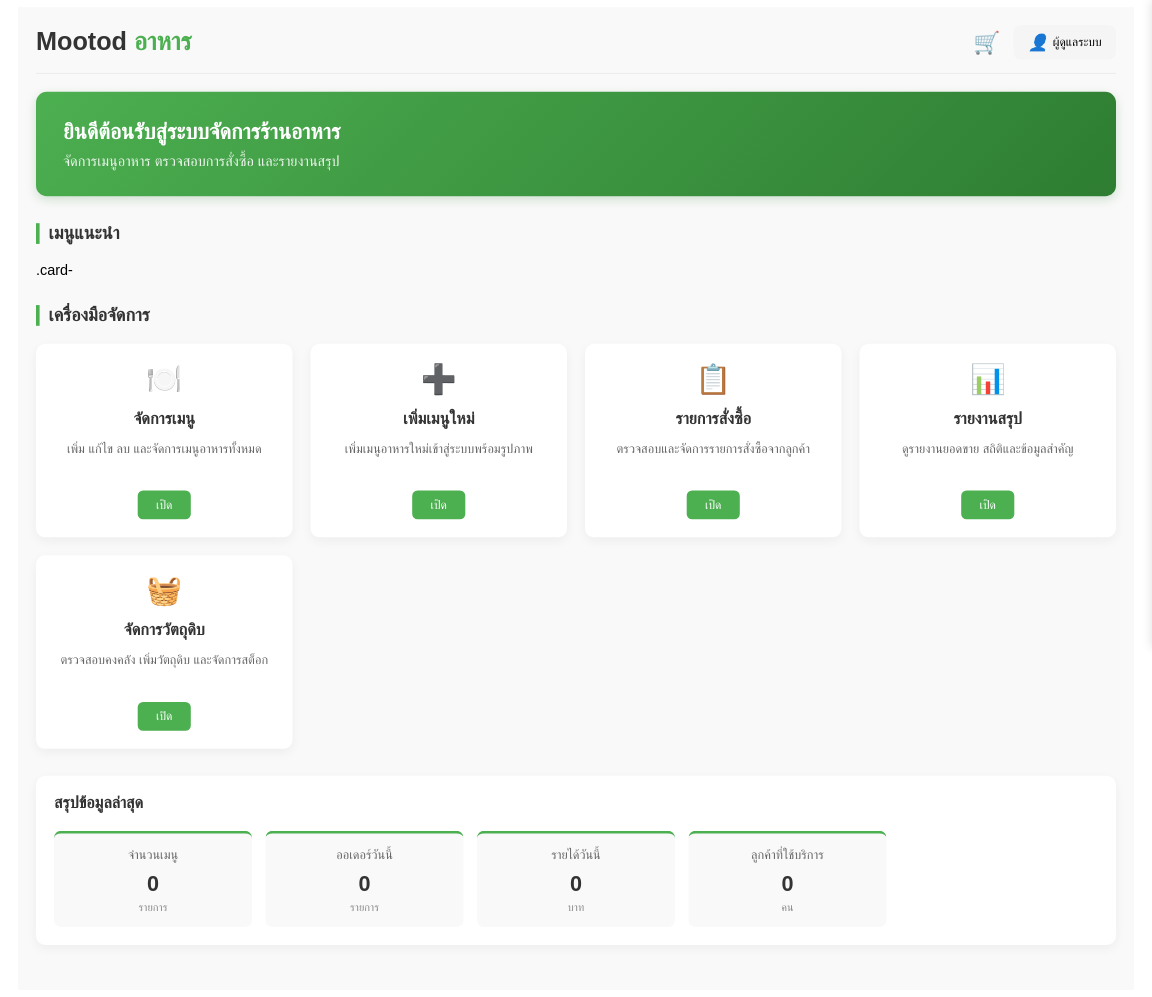
Repository: KwaunchaiJankaikot/mootod
Page: / (app in frontend/)
These files come from the project's save history. The page is drawn as it stood at one moment and after a run of saves; the edit follows.
The browser window is 1280 px wide. The pictures show the whole page, at 90% of full size.
The page's requests for data from a server got no answer. The project was rebuilt for these pictures with package versions that can differ from the ones it lists, and the page was loaded fresh each time. No one was signed in, and anything a server would have sent is missing. Also part of the build but not shown: frontend/vue.config.js, frontend/src/components/CheckoutPage.vue, frontend/src/components/AddMenu.vue, frontend/src/components/MenuList.vue, frontend/src/components/EditMenu.vue, frontend/src/components/InventoryPage.vue.

Above is the page before, as saved 2025-04-23 01:04:21.

### frontend/public/index.html
<!DOCTYPE html>
<html lang="">
  <head>
    <meta charset="utf-8">
    <meta http-equiv="X-UA-Compatible" content="IE=edge">
    <meta name="viewport" content="width=device-width,initial-scale=1.0">
    <link rel="icon" href="<%= BASE_URL %>favicon.ico">
    <title><%= htmlWebpackPlugin.options.title %></title>
    <link href="https://fonts.googleapis.com/icon?family=Material+Icons" rel="stylesheet">
    <link rel="stylesheet" href="https://fonts.googleapis.com/css2?family=Material+Symbols+Outlined:opsz,wght,FILL,GRAD@24,400,0,0" />
  </head>
  <body>
    <noscript>
      <strong>We're sorry but <%= htmlWebpackPlugin.options.title %> doesn't work properly without JavaScript enabled. Please enable it to continue.</strong>
    </noscript>
    <div id="app"></div>
    <!-- built files will be auto injected -->
  </body>
</html>

### frontend/src/main.js
import { createApp } from 'vue';
import App from './App.vue';
import router from './router';

const app = createApp(App);
app.use(router);  // ติดตั้ง Vue Router
app.mount('#app');

### frontend/src/App.vue
<template>
  <div id="app">
    <router-view></router-view>
  </div>
</template>

<script>
export default {
  name: 'App',
};
</script>

### frontend/src/router/index.js
import { createRouter, createWebHistory } from 'vue-router';
import HomePage from '../components/HomePage.vue';
import AddMenu from '../components/AddMenu.vue';
import MenuList from '../components/MenuList.vue';
import EditMenu from '../components/EditMenu.vue';
import InventoryPage from '../components/InventoryPage.vue';

const routes = [
  {
    path: '/',
    name: 'Home',
    component: HomePage
  },
  {
    path: '/add-menu',
    name: 'Menu',
    component: AddMenu
  },
  {
    path: '/menu-list',
    name: 'MenuList',
    component: MenuList
  },
  {
    path: '/edit-menu/:id',
    name: 'edit-menu',
    component: EditMenu,
    props: true,
  },

  {
    path: '/inventorypage',
    name: 'inventorypage',
    component: InventoryPage,
  },
];

const router = createRouter({
  history: createWebHistory(process.env.BASE_URL),
  routes
});

export default router;

### frontend/src/components/HomePage.vue
<template>
  <div class="home-container">
    <header class="header">
      <div class="logo">
        <img src="@/assets/logo.png" alt="Mootod Logo" v-if="false" />
        <h1>Mootod <span>อาหาร</span></h1>
      </div>
      <div class="right-menu">
        <div class="cart-icon" @click="toggleCart">
          <span>🛒</span>
          <span class="cart-badge" v-if="cartItems.length > 0">{{
            cartItems.length
          }}</span>
        </div>
        <button class="user-btn">
          <i class="user-icon">👤</i>
          <span>ผู้ดูแลระบบ</span>
        </button>
      </div>
    </header>

    <!-- ตะกร้าสินค้า -->
    <CartSidebar
      :cartItems="cartItems"
      :isCartOpen="isCartOpen"
      @close-cart="toggleCart"
      @remove-item="removeFromCart"
      @increase-quantity="increaseQuantity"
      @decrease-quantity="decreaseQuantity"
      @go-to-checkout="goToCheckout"
    />

    <!-- หน้าชำระเงิน -->
    <CheckoutPage
      v-if="isCheckoutModalOpen"
      :cartItems="cartItems"
      @close-checkout="closeCheckoutModal"
      @payment-success="handlePaymentSuccess"
    />

    <div class="welcome-banner">
      <div class="banner-content">
        <h2>ยินดีต้อนรับสู่ระบบจัดการร้านอาหาร</h2>
        <p>จัดการเมนูอาหาร ตรวจสอบการสั่งซื้อ และรายงานสรุป</p>
      </div>
    </div>

    <!-- แสดงรายการเมนู -->
    <h3 class="section-title">เมนูแนะนำ</h3>
    <div class="menu-cards">
      <div v-for="menu in menus" :key="menu.id" class="menu-card">
        <div class="card-image-container">
          <img :src="menu.image_url" alt="เมนูอาหาร" class="card-image" />
        </div>
        <div class="card-content">
          <h3>{{ menu.name }}</h3>
          <p>{{ menu.description }}</p>
          <div class="card-footer">
            <span class="price">{{ menu.price }} บาท</span>
            <button class="card-btn" @click="addToCart(menu)">สั่งอาหาร</button>
          </div>
        </div>
      </div>
      .card-
    </div>

    <!-- ส่วนอื่นๆ ของหน้าจัดการ -->
    <h3 class="section-title">เครื่องมือจัดการ</h3>
    <div class="admin-cards">
      <div class="card" @click="goTo('menu')">
        <div class="card-icon">🍽️</div>
        <h3>จัดการเมนู</h3>
        <p>เพิ่ม แก้ไข ลบ และจัดการเมนูอาหารทั้งหมด</p>
        <button class="card-btn">เปิด</button>
      </div>

      <div class="card" @click="goTo('add-menu')">
        <div class="card-icon">➕</div>
        <h3>เพิ่มเมนูใหม่</h3>
        <p>เพิ่มเมนูอาหารใหม่เข้าสู่ระบบพร้อมรูปภาพ</p>
        <button class="card-btn">เปิด</button>
      </div>

      <div class="card" @click="goTo('orders')">
        <div class="card-icon">📋</div>
        <h3>รายการสั่งซื้อ</h3>
        <p>ตรวจสอบและจัดการรายการสั่งซื้อจากลูกค้า</p>
        <button class="card-btn">เปิด</button>
      </div>

      <div class="card" @click="goTo('reports')">
        <div class="card-icon">📊</div>
        <h3>รายงานสรุป</h3>
        <p>ดูรายงานยอดขาย สถิติและข้อมูลสำคัญ</p>
        <button class="card-btn">เปิด</button>
      </div>

      <div class="card" @click="goTo('inventorypage')">
        <div class="card-icon">🧺</div>
        <h3>จัดการวัตถุดิบ</h3>
        <p>ตรวจสอบคงคลัง เพิ่มวัตถุดิบ และจัดการสต็อก</p>
        <button class="card-btn">เปิด</button>
      </div>
    </div>

    <div class="quick-stats">
      <h3>สรุปข้อมูลล่าสุด</h3>
      <div class="stats-grid">
        <div class="stat-card">
          <h4>จำนวนเมนู</h4>
          <div class="stat-value">{{ totalMenus || menus.length }}</div>
          <div class="stat-label">รายการ</div>
        </div>

        <div class="stat-card">
          <h4>ออเดอร์วันนี้</h4>
          <div class="stat-value">0</div>
          <div class="stat-label">รายการ</div>
        </div>

        <div class="stat-card">
          <h4>รายได้วันนี้</h4>
          <div class="stat-value">0</div>
          <div class="stat-label">บาท</div>
        </div>

        <div class="stat-card">
          <h4>ลูกค้าที่ใช้บริการ</h4>
          <div class="stat-value">0</div>
          <div class="stat-label">คน</div>
        </div>
      </div>
    </div>
  </div>
</template>

<script>
import axios from "axios";
import CartSidebar from "@/components/CartSidebar.vue";
import CheckoutPage from "@/components/CheckoutPage.vue";

export default {
  name: "HomePage",
  components: {
    CartSidebar,
    CheckoutPage
  },
  data() {
    return {
      menus: [],
      totalMenus: 0,
      cartItems: [],
      isCartOpen: false,
      isCheckoutModalOpen: false,
    };
  },
  mounted() {
    this.fetchMenus();
    // โหลดข้อมูลตะกร้าจาก localStorage (ถ้ามี)
    const savedCart = localStorage.getItem("cart");
    if (savedCart) {
      this.cartItems = JSON.parse(savedCart);
    }
  },
  methods: {
    goTo(route) {
      switch (route) {
        case "menu":
          this.$router.push("/menu-list");
          break;
        case "add-menu":
          this.$router.push("/add-menu");
          break;
        case "orders":
          this.$router.push("/orders");
          break;
        case "reports":
          this.$router.push("/reports");
          break;
         case "inventorypage":
          this.$router.push("/inventorypage");
          break;
        default:
          this.$router.push("/");
      }
    },
    fetchMenus() {
      axios
        .get("http://localhost:5000/menus") // เปลี่ยนเป็น URL ของ API ที่คุณใช้
        .then((response) => {
          this.menus = response.data; // บันทึกข้อมูลเมนูใน state
          this.totalMenus = this.menus.length;
        })
        .catch((error) => {
          console.error("เกิดข้อผิดพลาดในการดึงข้อมูลเมนู:", error);
          this.totalMenus = this.menus.length;
        });
    },
    // ฟังก์ชันเกี่ยวกับตะกร้าสินค้า
    addToCart(menu) {
      // ตรวจสอบว่ามีรายการนี้ในตะกร้าหรือไม่
      const existingItem = this.cartItems.find((item) => item.id === menu.id);

      if (existingItem) {
        // ถ้ามีอยู่แล้ว เพิ่มจำนวน
        existingItem.quantity += 1;
      } else {
        // ถ้ายังไม่มี เพิ่มรายการใหม่พร้อมจำนวน = 1
        this.cartItems.push({
          ...menu,
          quantity: 1,
        });
      }

      // บันทึกลง localStorage
      this.saveCart();

      // เปิดตะกร้าสินค้า
      this.isCartOpen = true;
    },
    toggleCart() {
      this.isCartOpen = !this.isCartOpen;
    },
    removeFromCart(index) {
      this.cartItems.splice(index, 1);
      this.saveCart();
    },
    increaseQuantity(index) {
      this.cartItems[index].quantity += 1;
      this.saveCart();
    },
    decreaseQuantity(index) {
      if (this.cartItems[index].quantity > 1) {
        this.cartItems[index].quantity -= 1;
      } else {
        // ถ้าเหลือแค่ 1 ชิ้น แล้วกดลด ให้ลบรายการออกจากตะกร้า
        this.removeFromCart(index);
      }
      this.saveCart();
    },
    saveCart() {
      localStorage.setItem("cart", JSON.stringify(this.cartItems));
    },
    // ฟังก์ชันเกี่ยวกับการชำระเงิน
    goToCheckout() {
      this.isCheckoutModalOpen = true;
      this.isCartOpen = false; // ปิดตะกร้าเมื่อไปที่หน้าชำระเงิน
    },
    closeCheckoutModal() {
      this.isCheckoutModalOpen = false;
    },
    handlePaymentSuccess() {
      // ล้างตะกร้า
      this.cartItems = [];
      this.saveCart();
      // ปิดหน้าชำระเงิน (จะถูกจัดการโดย CheckoutPage component แล้ว)
    },
  },
};
</script>

<style scoped>
.home-container {
  max-width: 1200px;
  margin: 0 auto;
  padding: 20px;
  font-family: "Prompt", "Kanit", sans-serif;
  background-color: #f9f9f9;
  position: relative;
}

/* Header */
.header {
  display: flex;
  justify-content: space-between;
  align-items: center;
  margin-bottom: 20px;
  padding-bottom: 15px;
  border-bottom: 1px solid #eaeaea;
}

.logo {
  display: flex;
  align-items: center;
}

.logo h1 {
  font-size: 28px;
  font-weight: 700;
  color: #333;
  margin: 0;
}

.logo span {
  color: #4caf50;
}

.logo img {
  height: 40px;
  margin-right: 10px;
}

.right-menu {
  display: flex;
  align-items: center;
  gap: 15px;
}

.cart-icon {
  position: relative;
  cursor: pointer;
  font-size: 24px;
}

.cart-badge {
  position: absolute;
  top: -8px;
  right: -8px;
  background-color: #f44336;
  color: white;
  border-radius: 50%;
  width: 18px;
  height: 18px;
  font-size: 12px;
  display: flex;
  align-items: center;
  justify-content: center;
}

.user-btn {
  display: flex;
  align-items: center;
  background: #f5f5f5;
  border: none;
  border-radius: 8px;
  padding: 8px 16px;
  cursor: pointer;
  transition: background-color 0.2s;
}

.user-btn:hover {
  background: #eaeaea;
}

.user-icon {
  margin-right: 5px;
  font-size: 18px;
}

/* Welcome Banner */
.welcome-banner {
  background: linear-gradient(135deg, #4caf50 0%, #2e7d32 100%);
  border-radius: 12px;
  padding: 30px;
  margin-bottom: 30px;
  color: white;
  box-shadow: 0 4px 12px rgba(46, 125, 50, 0.2);
}

.banner-content h2 {
  font-size: 24px;
  margin: 0 0 10px 0;
  font-weight: 600;
}

.banner-content p {
  font-size: 16px;
  margin: 0;
  opacity: 0.9;
}

/* Section Titles */
.section-title {
  font-size: 20px;
  font-weight: 600;
  color: #333;
  margin-top: 30px;
  margin-bottom: 20px;
  border-left: 4px solid #4caf50;
  padding-left: 10px;
}

/* Menu Cards - แสดงเมนูอาหาร */
.menu-cards {
  display: grid;
  grid-template-columns: repeat(auto-fill, minmax(280px, 1fr));
  gap: 20px;
  margin-bottom: 30px;
}

.menu-card {
  background: white;
  border-radius: 10px;
  overflow: hidden;
  box-shadow: 0 4px 12px rgba(0, 0, 0, 0.05);
  transition: transform 0.3s ease, box-shadow 0.3s ease;
  cursor: pointer;
}

.menu-card:hover {
  transform: translateY(-5px);
  box-shadow: 0 8px 20px rgba(0, 0, 0, 0.1);
}

.card-image-container {
  width: 100%;
  height: 180px;
  overflow: hidden;
}

.card-image {
  width: 100%;
  height: 100%;
  object-fit: cover;
  transition: transform 0.3s ease;
}

.menu-card:hover .card-image {
  transform: scale(1.05);
}

.card-content {
  padding: 15px;
}

.card-content h3 {
  font-size: 18px;
  margin: 0 0 8px 0;
  color: #333;
}

.card-content p {
  font-size: 14px;
  color: #666;
  margin: 0 0 15px 0;
  height: 40px;
  overflow: hidden;
  display: -webkit-box;
  -webkit-line-clamp: 2;
  -webkit-box-orient: vertical;
}

.card-footer {
  display: flex;
  justify-content: space-between;
  align-items: center;
}

.price {
  font-weight: 600;
  color: #4caf50;
}

/* Admin Cards - การ์ดจัดการระบบ */
.admin-cards {
  display: grid;
  grid-template-columns: repeat(auto-fill, minmax(250px, 1fr));
  gap: 20px;
  margin-bottom: 30px;
}

.card {
  background: white;
  border-radius: 10px;
  padding: 20px;
  box-shadow: 0 4px 12px rgba(0, 0, 0, 0.05);
  text-align: center;
  transition: transform 0.3s ease, box-shadow 0.3s ease;
  cursor: pointer;
}

.card:hover {
  transform: translateY(-5px);
  box-shadow: 0 8px 20px rgba(0, 0, 0, 0.1);
}

.card-icon {
  font-size: 32px;
  margin-bottom: 15px;
}

.card h3 {
  font-size: 18px;
  margin: 0 0 10px 0;
  color: #333;
}

.card p {
  color: #666;
  font-size: 14px;
  margin-bottom: 15px;
  height: 40px;
  overflow: hidden;
  display: -webkit-box;
  -webkit-line-clamp: 2;
  -webkit-box-orient: vertical;
}

.card-btn {
  background-color: #4caf50;
  color: white;
  border: none;
  padding: 8px 20px;
  border-radius: 6px;
  cursor: pointer;
  font-weight: 500;
  transition: background-color 0.2s;
}

.card-btn:hover {
  background-color: #45a049;
}

/* Quick Stats */
.quick-stats {
  background: white;
  border-radius: 10px;
  padding: 20px;
  box-shadow: 0 4px 12px rgba(0, 0, 0, 0.05);
  margin-bottom: 30px;
}

.quick-stats h3 {
  margin-top: 0;
  margin-bottom: 20px;
  color: #333;
  font-size: 18px;
  font-weight: 600;
}

.stats-grid {
  display: grid;
  grid-template-columns: repeat(auto-fill, minmax(200px, 1fr));
  gap: 15px;
}

.stat-card {
  background: #f9f9f9;
  padding: 15px;
  border-radius: 8px;
  text-align: center;
  border-top: 3px solid #4caf50;
}

.stat-card h4 {
  font-size: 14px;
  font-weight: 500;
  color: #666;
  margin: 0 0 10px 0;
}

.stat-value {
  font-size: 24px;
  font-weight: 600;
  color: #333;
  margin-bottom: 5px;
}

.stat-label {
  font-size: 12px;
  color: #888;
}

/* Responsive */
@media (max-width: 768px) {
  .menu-cards,
  .admin-cards {
    grid-template-columns: repeat(auto-fill, minmax(220px, 1fr));
  }

  .welcome-banner {
    padding: 25px;
  }

  .banner-content h2 {
    font-size: 22px;
  }
}

@media (max-width: 480px) {
  .home-container {
    padding: 15px;
  }

  .header {
    flex-direction: column;
    align-items: flex-start;
  }

  .right-menu {
    margin-top: 15px;
    width: 100%;
    justify-content: space-between;
  }

  .menu-cards,
  .admin-cards {
    grid-template-columns: 1fr;
  }

  .welcome-banner {
    padding: 20px;
  }

  .stats-grid {
    grid-template-columns: 1fr 1fr;
  }

  .card-image-container {
    height: 160px;
  }
}
</style>

### frontend/src/components/CartSidebar.vue
<template>
  <div class="cart-sidebar" :class="{ 'cart-active': isCartOpen }">
    <div class="cart-header">
      <h3>ตะกร้าสินค้า</h3>
      <button class="close-btn" @click="closeCart">✕</button>
    </div>

    <div v-if="cartItems.length === 0" class="empty-cart">
      <span>🛒</span>
      <p>ไม่มีรายการในตะกร้า</p>
    </div>

    <div v-else class="cart-items">
      <div v-for="(item, index) in cartItems" :key="index" class="cart-item">
        <div class="cart-item-img">
          <img :src="item.image_url" alt="เมนูอาหาร" />
        </div>
        <div class="cart-item-info">
          <h4>{{ item.name }}</h4>
          <div class="item-price">{{ item.price }} บาท</div>
        </div>
        <div class="cart-item-actions">
          <button class="qty-btn" @click="decreaseQuantity(index)">-</button>
          <span class="item-qty">{{ item.quantity }}</span>
          <button class="qty-btn" @click="increaseQuantity(index)">+</button>
          <button class="remove-btn" @click="removeFromCart(index)">
            ลบ
          </button>
        </div>
      </div>
    </div>

    <div class="cart-summary" v-if="cartItems.length > 0">
      <div class="summary-row">
        <span>ยอดรวม:</span>
        <span class="summary-price">{{ calculateTotal() }} บาท</span>
      </div>
      <button class="checkout-btn" @click="goToCheckout">ไปชำระเงิน</button>
    </div>
  </div>
</template>

<script>
export default {
  name: "CartSidebar",
  props: {
    cartItems: {
      type: Array,
      required: true
    },
    isCartOpen: {
      type: Boolean,
      default: false
    }
  },
  methods: {
    closeCart() {
      this.$emit('close-cart');
    },
    removeFromCart(index) {
      this.$emit('remove-item', index);
    },
    increaseQuantity(index) {
      this.$emit('increase-quantity', index);
    },
    decreaseQuantity(index) {
      this.$emit('decrease-quantity', index);
    },
    calculateTotal() {
      return this.cartItems.reduce((total, item) => {
        return total + (item.price * item.quantity);
      }, 0);
    },
    goToCheckout() {
      this.$emit('go-to-checkout');
    }
  }
};
</script>

<style scoped>
/* Cart Sidebar */
.cart-sidebar {
  position: fixed;
  top: 0;
  right: -350px;
  width: 350px;
  height: 100vh;
  background-color: white;
  box-shadow: -2px 0 10px rgba(0, 0, 0, 0.1);
  z-index: 1000;
  transition: right 0.3s ease;
  display: flex;
  flex-direction: column;
}

.cart-active {
  right: 0;
}

.cart-header {
  display: flex;
  justify-content: space-between;
  align-items: center;
  padding: 15px 20px;
  border-bottom: 1px solid #eaeaea;
}

.cart-header h3 {
  margin: 0;
  font-size: 18px;
}

.close-btn {
  background: none;
  border: none;
  font-size: 18px;
  cursor: pointer;
  color: #777;
}

.empty-cart {
  display: flex;
  flex-direction: column;
  align-items: center;
  justify-content: center;
  padding: 50px 20px;
  color: #777;
}

.empty-cart span {
  font-size: 48px;
  margin-bottom: 15px;
  opacity: 0.5;
}

.cart-items {
  flex: 1;
  overflow-y: auto;
  padding: 15px;
}

.cart-item {
  display: flex;
  padding: 10px 0;
  border-bottom: 1px solid #eaeaea;
  margin-bottom: 10px;
}

.cart-item-img {
  width: 60px;
  height: 60px;
  overflow: hidden;
  border-radius: 6px;
  margin-right: 10px;
}

.cart-item-img img {
  width: 100%;
  height: 100%;
  object-fit: cover;
}

.cart-item-info {
  flex: 1;
}

.cart-item-info h4 {
  margin: 0 0 5px 0;
  font-size: 16px;
}

.item-price {
  color: #4caf50;
  font-weight: 500;
}

.cart-item-actions {
  display: flex;
  align-items: center;
  gap: 5px;
}

.qty-btn {
  width: 24px;
  height: 24px;
  border: 1px solid #ddd;
  background: white;
  border-radius: 4px;
  display: flex;
  align-items: center;
  justify-content: center;
  cursor: pointer;
}

.item-qty {
  width: 20px;
  text-align: center;
}

.remove-btn {
  background: #f44336;
  color: white;
  border: none;
  border-radius: 4px;
  padding: 3px 8px;
  font-size: 12px;
  cursor: pointer;
  margin-left: 5px;
}

.cart-summary {
  padding: 15px;
  border-top: 1px solid #eaeaea;
  background-color: #f9f9f9;
}

.summary-row {
  display: flex;
  justify-content: space-between;
  margin-bottom: 15px;
  font-weight: 500;
}

.summary-price {
  color: #4caf50;
  font-size: 18px;
  font-weight: 600;
}

.checkout-btn {
  width: 100%;
  padding: 12px;
  background-color: #4caf50;
  color: white;
  border: none;
  border-radius: 6px;
  font-weight: 500;
  cursor: pointer;
  transition: background-color 0.2s;
}

.checkout-btn:hover {
  background-color: #45a049;
}

@media (max-width: 768px) {
  .cart-sidebar {
    width: 300px;
  }
}

@media (max-width: 480px) {
  .cart-sidebar {
    width: 85%;
  }
}
</style>

After the next 3 saves:
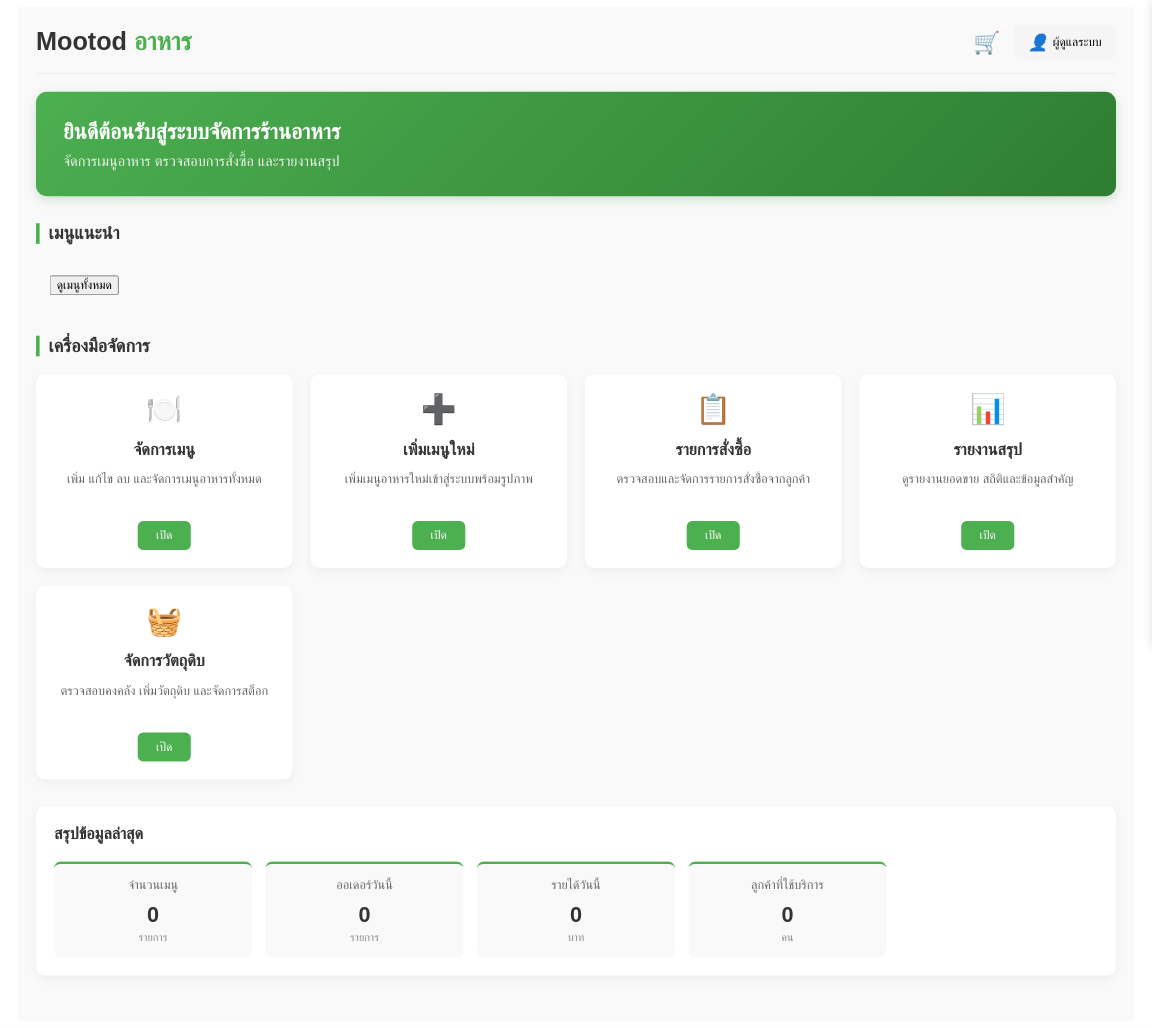
The 3 saves are shown as one change because they came seconds apart.
The last was saved 8 s later.
--- a/frontend/src/components/HomePage.vue
+++ b/frontend/src/components/HomePage.vue
@@ -61,7 +61,9 @@
           </div>
         </div>
       </div>
-      .card-
+      <div class="card-content">
+        <button class="view-btn" @click="viewAllMenus">ดูเมนูทั้งหมด</button>
+      </div>
     </div>
 
     <!-- ส่วนอื่นๆ ของหน้าจัดการ -->
